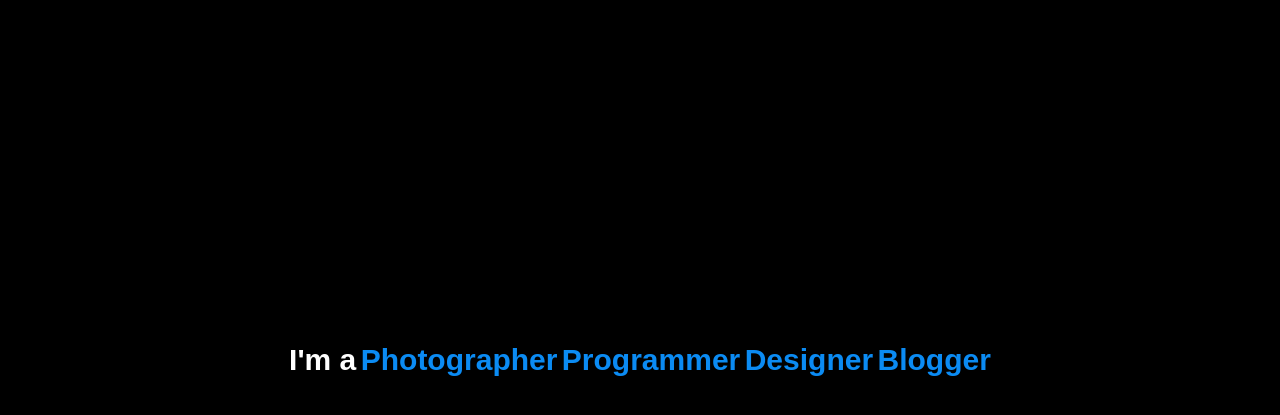
Repository: DevMike1993/Animations_HTML_CSS_JAVASCRIPT
Page: 01_Type_Text_Animation/index.html
These files come from the project's save history. The page is drawn as it stood at one moment and after the next save; the edit follows.
The browser window is 1280 px wide. The pictures show the whole page.

Above is the page before, as saved 2023-12-03 17:47:20.

### 01_Type_Text_Animation/index.html
<!DOCTYPE html>
<html lang="en">
<head>
    <meta charset="UTF-8">
    <meta name="viewport" content="width=device-width, initial-scale=1.0">
    <link rel="stylesheet" href="style.css">
    <title>Type Text Animation</title>
</head>
<body>
    <div class="container">
        <span class="text first-text">I'm a</span>
        <span class="text second-text">Photographer</span>
        <span class="text third-text">Programmer</span>
        <span class="text fourth-text">Designer</span>
        <span class="text fifth-text">Blogger</span>
    </div>
</body>
</html>

### 01_Type_Text_Animation/style.css
* {
    margin: 0;
    padding: 0;
    box-sizing: border-box;
    font-family: "Montserrat", sans-serif;
    /* color: rgb(11, 139, 243); */
}

body {
    min-height: 100vh;
    display: flex;
    align-items: center;
    justify-content: center;
    background: #000;
}

.container .text {
    position: relative;
    color: rgb(11, 139, 243);
    font-size: 30px;
    font-weight: 600;
}

.container .text.first-text {
    color: #fff;
}

.text.second-text:before {
    content: "";
    position: absolute;
    top: 0;
    left: 0;
    height: 100%;
    width: 100%;
    background-color: 000
    ;
}

After the next save:
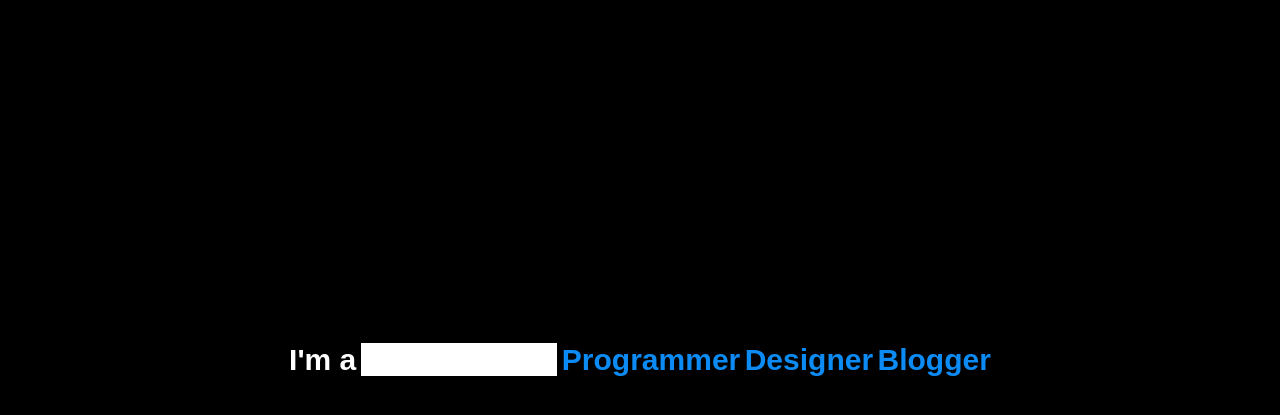
Saved 3 s later.
--- a/01_Type_Text_Animation/style.css
+++ b/01_Type_Text_Animation/style.css
@@ -32,6 +32,6 @@ body {
     left: 0;
     height: 100%;
     width: 100%;
-    background-color: 000
+    background-color: #fff
     ;
 }
